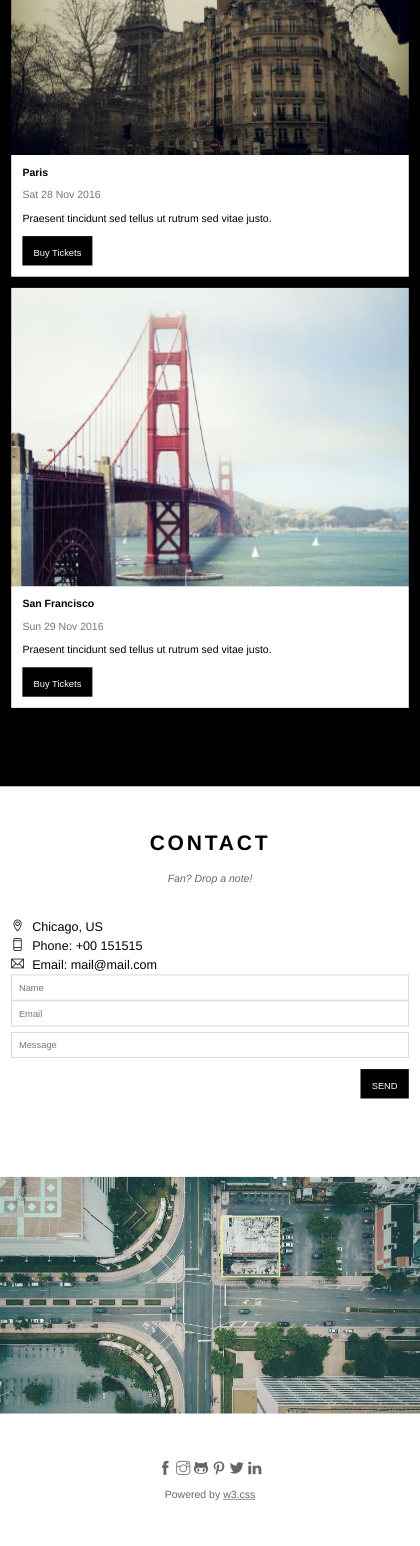
Repository: phongngotrong/w3school_reup
Page: index.html
These files come from the project's save history. The page is drawn as it stood at one moment and after the next save; the edit follows.
The browser window is 600 px wide. The pictures show the part of the page from y = 3215 to 5455 px (the page is 5423 px tall before and 5455 px after), at 70% of full size.

Above is the page before, as saved 2022-02-15 22:12:01.

### index.html
<!DOCTYPE html>
<html lang="en">
  <head>
    <meta charset="UTF-8" />
    <meta http-equiv="X-UA-Compatible" content="IE=edge" />
    <meta name="viewport" content="width=device-width, initial-scale=1.0" />
    <title>W3.CSS Template</title>
    <link rel="icon" href="https://play-lh.googleusercontent.com/i-ij7KM2pFUUpFE31QAUDXg5mzGFNbm16S4tjmg2ZyuhCGLgNJ8oXJRbq7ysh6LoZg" type="image/x-icon" />
    <link rel="stylesheet" href="./assets/css/style.css" />
    <link rel="stylesheet" href="./assets/css/responsive.css" />
    <link rel="stylesheet" href="./assets/fonts/themify-icons/themify-icons.css">
  </head>
  <body>
    <div id="main">
      <div id="header">
        <!--Begin: Nav-->
        <ul id="nav">
          <li><a href="#">Home</a></li>
          <li><a href="#band">Band</a></li>
          <li><a href="#tour">Tour</a></li>
          <li><a href="#contact">Contact</a></li>
          <li>
            <a href="#">
              More
              <i class="nav-arrow-down ti-angle-down"></i>
            </a>
            <ul class="subnav">
              <ul>
                <li><a href="#">Merchandise</a></li>
                <li><a href="#">Extras</a></li>
                <li><a href="#">Media</a></li>
              </ul>
            </ul>
          </li>
        </ul>
        <!--End: Nav-->

        <!--Begin: Search-->
        <div class="search-btn">
          <i class="search-icon ti-search"></i>
        </div>

        <div id="mobile-menu" class="mobile-menu-btn">
          <i class="menu-icon ti-menu"></i>
        </div>
        <!--End: Search-->
      </div>

      <div id="slider">
        <div class="text-content">
          <h2 class="text-heading">Chicago</h2>
          <div class="text-description">
            Thank you, Chicago - A night we won't forget.
          </div>
        </div>
      </div>

      <div id="content">
        <!--content section-->
        <div id="band" class="content-section">
          <h2 class="section-heading">THE BAND</h2>
          <p class="section-sub-heading">We love music</p>
          <p class="about-text">
            We have created a fictional band website. Lorem ipsum dolor sit
            amet, consectetur adipiscing elit, sed do eiusmod tempor incididunt
            ut labore et dolore magna aliqua. Ut enim ad minim veniam, quis
            nostrud exercitation ullamco laboris nisi ut aliquip ex ea commodo
            consequat. Duis aute irure dolor in reprehenderit in voluptate velit
            esse cillum dolore eu fugiat nulla pariatur. Excepteur sint occaecat
            cupidatat non proident, sunt in culpa qui officia deserunt mollit
            anim id est laborum consectetur adipiscing elit, sed do eiusmod
            tempor incididunt ut labore et dolore magna aliqua. Ut enim ad minim
            veniam, quis nostrud exercitation ullamco laboris nisi ut aliquip ex
            ea commodo consequat.
          </p>
          <div class="row list-member">
            <!--member1-->
            <div class="col col-third s-col-full mt-32 text-center">
              <p class="member-name">Name</p>
              <img
                src="./assets/img/member.jpg"
                alt="Name"
                class="avt-member"
              />
            </div>

            <!--member2-->
            <div class="col col-third s-col-full mt-32 text-center">
              <div class="member-name">Name</div>
              <img
                src="./assets/img/member.jpg"
                alt="Name"
                class="avt-member"
              />
            </div>
            <!--member3-->

            <div class="col col-third s-col-full mt-32 text-center">
              <div class="member-name">Name</div>
              <img
                src="./assets/img/member.jpg"
                alt="Name"
                class="avt-member"
              />
            </div>
            <!-- <div class="clear"></div> -->
          </div>
        </div>
        <!--tour section-->
        <div id="tour" class="tour-section">
          <div class="content-section">
            <h2 class="section-heading text-white">TOUR DATES</h2>
            <p class="section-sub-heading text-white">
              Remember to book your tickets!
            </p>
            <!-- tickets -->
            <ul class="tickets-list">
              <li>September <span class="sold-out">Sold out</span></li>
              <li>October <span class="sold-out">Sold out</span></li>
              <li>November <span class="quantity">3</span></li>
            </ul>
            <div class="row places-list">
              <!-- place1 -->
              <div class="col col-third s-col-full mt-16">
                <img
                  src="./assets/img/newyork.jpg"
                  alt="New York"
                  class="place-img"
                />
                <div class="places-body">
                  <h3 class="places-heading">New York</h3>
                  <p class="places-time">Fri 27 Nov 2016</p>
                  <p class="place-description">
                    Praesent tincidunt sed tellus ut rutrum sed vitae justo.
                  </p>
                  <button class="btn js-buy-ticket">Buy Tickets</button>
                </div>
              </div>
              <!-- place2 -->

              <div class="col col-third s-col-full mt-16">
                <img
                  src="./assets/img/paris.jpg"
                  alt="New York"
                  class="place-img"
                />
                <div class="places-body">
                  <h3 class="places-heading">Paris</h3>
                  <p class="places-time">Sat 28 Nov 2016</p>
                  <p class="place-description">
                    Praesent tincidunt sed tellus ut rutrum sed vitae justo.
                  </p>
                  <button class="btn js-buy-ticket">Buy Tickets</button>
                </div>
              </div>
              <!-- place3 -->

              <div class="col col-third s-col-full mt-16">
                <img
                  src="./assets/img/sanfran.jpg"
                  alt="New York"
                  class="place-img"
                />
                <div class="places-body">
                  <h3 class="places-heading">San Francisco</h3>
                  <p class="places-time">Sun 29 Nov 2016</p>
                  <p class="place-description">
                    Praesent tincidunt sed tellus ut rutrum sed vitae justo.
                  </p>
                  <button class="btn js-buy-ticket">Buy Tickets</button>
                </div>
              </div>
              <!-- <div class="clear"></div> -->
            </div>
          </div>
        </div>

        <!-- Begin: contact section-->
        <div id="contact" class="content-section">
          <h2 class="section-heading">CONTACT</h2>
          <p class="section-sub-heading">Fan? Drop a note!</p>

          <div class="row contact-content">
            <div class="col col-half s-col-full contact-info">
              <p><i class="ti-location-pin"></i>Chicago, US</p>
              <p><i class="ti-mobile"></i>Phone: +00 151515</p>
              <p><i class="ti-email"></i>Email: mail@mail.com</p>
            </div>
            <div class="col col-half s-col-full contact-form">
              <form action="">
                <div class="row">
                  <div class="col col-half s-col-full">
                      <input type="text" name="" required placeholder="Name" id="" class="form-control">
                  </div>
                  <div class="col col-half s-col-full">
                    <input type="email" name="" required placeholder="Email" id="" class="form-control">
                </div>
                </div>
                <div class="row mt-8">
                  <div class="col col-full">
                    <input type="text" name="" required placeholder="Message" id="" class="form-control">
                </div>
                </div>
                <input class="btn pull-right mt-16" type="submit" value="SEND">
              </form>
            </div>
          </div>
        </div>
        <!-- End: contact section-->
        <div class="map-section">
          <img src="./assets/img/map.jpg" alt="Map">
        </div>
      </div>

      <div id="footer">
        <div class="social-list">
          <a href=""><i class="ti-facebook"></i></a>
          <a href=""><i class="ti-instagram"></i></a>
          <a href=""><i class="ti-github"></i></a>
          <a href=""><i class="ti-pinterest"></i></a>
          <a href=""><i class="ti-twitter-alt"></i></a>
          <a href=""><i class="ti-linkedin"></i></a>
        </div>
        <div class="Copyright">Powered by <a href="">w3.css</a></div>
      </div>
    </div>

    <div class="modal js-modal">
      <div class="modal-container js-modal-container">
        <div class="modal-close js-modal-close">
          <i class="ti-close"></i>
        </div>
        <header class="modal-header">
          <i class="icon-ti-bag-header ti-bag"></i>
          Tickets
        </header>

        <div class="modal-body">
          <label for="tickets-quantity" class="modal-label">
            <i class="ti-shopping-cart"></i>
            Tickets, $15 per person
          </label>
          <input
            id="tickets-quantity"
            type="text"
            class="modal-input"
            placeholder="How many?"
          />

          <label for="tickets-email" class="modal-label">
            <i class="ti-user"></i>
            Send To
          </label>
          <input
            id="tickets-email"
            type="email"
            class="modal-input"
            placeholder="Enter email "
          />

          <button id="buy-tickets">
            PAY<i class="icon-ti-check-footer ti-check"></i>
          </button>
        </div>

        <footer class="modal-footer">
          <p class="modal-help">Need <a href="">help?</a></p>
        </footer>
      </div>
    </div>

    <script>
      const buyBtns = document.querySelectorAll('.js-buy-ticket')
      const modal = document.querySelector('.js-modal')
      const modalContainer = document.querySelector('.js-modal-container')
      const modalClose = document.querySelector('.js-modal-close')

      // hàm hiển thị modal mua vé(thêm class open vào modal)
      function showBuyTickets() {
        modal.classList.add('open')
      }

      // hàm ẩn modal mua vé(gỡ bỏ class open của modal)
      function hideBuyTickets() {
        modal.classList.remove('open')
      }

      // lặp qua từng thẻ button và nghe hành vi click
      for(const buyBtn of buyBtns) {
        buyBtn.addEventListener('click', showBuyTickets)
      }

      // nghe hành vi click vào button close
      modalClose.addEventListener('click', hideBuyTickets)

      modal.addEventListener('click', hideBuyTickets)

      modalContainer.addEventListener('click', function(event){
        event.stopPropagation()
      })

    </script>

    <script>
      var header = document.getElementById('header');
      var mobileMenu = document.getElementById('mobile-menu');
      var headerHeight = header.clientHeight;

      // Đóng/mở mobile menu
      mobileMenu.onclick = function() {
        var isClosed = header.clientHeight === headerHeight;
        if(isClosed) {
          header.style.height = 'auto';
        } else {
          header.style.height = null;
        }
      }

      // Tự động đóng khi chọn menu
      var menuItems = document.querySelectorAll('#nav li a[href*="#"]');
      for(var i=0; i<menuItems.length; i++) {
        var menuItem = menuItems[i];

        console.log(menuItem);

        menuItem.onclick = function(event) {
          var isParentMenu = this.nextElementSibling && this.nextElementSibling.classList.contains('subnav');
          if(isParentMenu) {
            event.preventDefault();
          }else {
            header.style.height = null;
          }
        }
      }

    </script>
  </body>
</html>

### assets/css/style.css
/* Reset CSS */

* {
  padding: 0;
  margin: 0;
  box-sizing: border-box;
}

html {
  font-family: Helvetica, Arial, sans-serif;
  scroll-behavior: smooth;
}
/*
  -Từ trên xuống dưới
  -Từ ngoài vào trong
  -Tổng quan đến chi tiết
  */

/*
  1. Vi tri
  2. Kich thuoc
  3. Mau sac
  4. Kieu dang (kieu chu, hinh tron, vuong...)
  */

/* Common */
.text-center {
  text-align: center !important;
}

.row {
  margin-left: -8px;
  margin-right: -8px;
}

/* Tạo element giả */
.row::after {
  content: "";
  display: block;
  clear: both;
}
/*.................*/

.col {
  float: left;
  padding-left: 8px;
  padding-right: 8px;
}

.col-full {
  width: 100%;
}

.col-half {
  width: 50%;
}

.col-third {
  width: 33.33333%;
}

.pull-right {
  float: right;
}

.btn {
  background-color: #000;
  color: #fff;
  text-decoration: none;
  display: inline-block;
  padding: 11px 16px;
  margin-top: 15px;
  padding-top: 16px;
  cursor: pointer;
  border: none;
}

.btn:hover {
  background-color: #ccc;
  color: #000;
}

.mt-8 {
  margin-top: 8px !important;
}

.mt-16 {
  margin-top: 16px !important;
}

.mt-32 {
  margin-top: 32px !important;
}

.clear {
  clear: both;
}

/* .row::after {
    clear: both;
    display: block;
    content: "";
  } */

.text-white {
  color: #fff !important;
}

/* Main */
#main {
}

#header {
  position: fixed;
  top: 0;
  left: 0;
  right: 0;
  height: 46px;
  background-color: #000;
  z-index: 1;
}

#nav {
  display: inline-block;
}

li {
  list-style-type: none;
}

#nav > li {
  display: inline-block;
}

#nav li {
  position: relative;
}

#nav > li > a {
  color: #fff;
  text-transform: uppercase;
}

#nav li a {
  text-decoration: none;
  line-height: 46px;
  padding: 0 24px;
  display: block;
}

#nav li:hover .subnav {
  display: block;
}

#nav > li:hover > a,
#nav .subnav li:hover a {
  color: #000;
  background-color: #ccc;
}

#nav .subnav {
  display: none;
  min-width: 160px;
  position: absolute;
  background-color: #fff;
  box-shadow: 0 0 10px rgba(0, 0, 0, 0.3);
}

#nav .subnav a {
  color: #000;
  padding: 0 12px;
  line-height: 38px;
}

#nav .nav-arrow-down {
  font-size: 12px;
}

#header .mobile-menu-btn {
  position: absolute;
  top: 0;
  right: 0;
  display: none;
}

#header .mobile-menu-btn,
#header .search-btn {
  float: right;
  padding: 0 20px;
}

#header .mobile-menu-btn .menu-icon {
  font-size: 16px;
}

#header .mobile-menu-btn:hover {
  background-color: #ccc;
}

#header .mobile-menu-btn:hover .menu-icon {
  color: #000;
}

#header .search-btn:hover {
  cursor: pointer;
  background-color: #f44336;
}

#header .menu-icon,
#header .search-icon {
  color: #fff;
  font-size: 20px;
  line-height: 46px;
}

#slider {
  position: relative;
  margin-top: 46px;
  padding-top: 50%;
  background: url("../img/slider.jpg") top center / cover no-repeat;
}

#slider .text-content {
  position: absolute;
  bottom: 47px;
  color: #fff;
  width: 100%;
  text-align: center;
}

#slider .text-heading {
  font-weight: 500;
  font-size: 24px;
}

#slider .text-description {
  font-size: 15px;
  margin-top: 25px;
}

#content {
}

#content .content-section {
  width: 800px;
  max-width: 100%;
  padding: 64px 0 112px;
  margin-right: auto;
  margin-left: auto;
  padding-left: 16px;
  padding-right: 16px;
}

#content .section-heading {
  text-align: center;
  font-size: 30px;
  letter-spacing: 4px;
}

#content .section-sub-heading {
  font-size: 15px;
  text-align: center;
  margin-top: 25px;
  font-style: italic;
  opacity: 0.6;
}

#content .about-text {
  font-size: 15px;
  margin-top: 15px;
  text-align: justify;
  line-height: 1.4;
}

#content .member-name {
  font-size: 16px;
}

#content .list-member {
  margin-top: 32px;
  /* margin-bottom: 48px;
    overflow: hidden;  */
}

/* #content .item-member {
    float: left;
    width: 33.33333%;
    text-align: center;
  } */

#content .avt-member {
  margin-top: 15px;
  width: 154px;
  border-radius: 4px;
}

/* tour section */
.tour-section {
  background-color: #000;
}
.tickets-list {
  background-color: #fff;
  margin-top: 40px;
  list-style: none;
}

.tickets-list li {
  color: #757575;
  font-size: 15px;
  padding: 11px 16px;
  border-bottom: 1px solid #ddd;
}

.tickets-list .sold-out {
  background-color: #f44336;
  color: #fff;
  padding: 3px 4px;
  margin-left: 16px;
}

.tickets-list .quantity {
  float: right;
  width: 24px;
  height: 24px;
  background-color: #000;
  color: #fff;
  border-radius: 50%;
  line-height: 24px;
  text-align: center;
  margin-top: -3px;
}

/* Places */
.places-list {
  margin-top: 16px;
}

/* .places-item {
    float: left;
    width: 33.33333%;
    padding: 0 8px;
  } */

.place-img {
  width: 100%;
  display: block;
}

.place-img:hover {
  opacity: 0.6;
}

.places-body {
  padding: 16px;
  font-size: 15px;
  background-color: #fff;
}

.places-heading {
  font-size: 15px;
}

.places-time {
  padding-top: 15px;
  color: #757575;
}

.place-description {
  padding-top: 15px;
  line-height: 1.4;
}

.modal {
  position: fixed;
  top: 0;
  bottom: 0;
  right: 0;
  left: 0;
  background-color: rgba(0, 0, 0, 0.4);
  display: none;
  align-items: center;
  justify-content: center;
}

.modal.open {
  display: flex;
}

.modal-container {
  background-color: #fff;
  width: 900px;
  min-height: 200px;
  position: relative;
  max-width: calc(100% -32px);
  animation: modalFadeIn ease 0.4s;
}

.modal-header {
  background-color: #009688;
  color: #fff;
  height: 130px;
  font-size: 30px;
  display: flex;
  align-items: center;
  justify-content: center;
  letter-spacing: 4px;
}

.modal-close:hover {
  background-color: #ccc;
  color: #000;
}

.modal-close {
  position: absolute;
  right: 0;
  top: 0;
  padding: 16px;
  font-size: 12px;
  color: #fff;
  cursor: pointer;
}

.icon-ti-bag-header {
  margin-right: 16px;
}

.modal-body {
  padding: 16px;
}

.modal-label {
  display: block;
  font-size: 15px;
  margin-bottom: 12px;
}

.modal-input {
  border: 1px solid #ccc;
  width: 100%;
  padding: 10px;
  font-size: 15px;
  margin-bottom: 24px;
}

#buy-tickets:hover {
  background-color: #ccc;
  color: #000;
}

#buy-tickets {
  background-color: #009688;
  width: 100%;
  padding: 18px;
  color: #fff;
  border: none;
  text-transform: uppercase;
  font-size: 15px;
  cursor: pointer;
}

.modal-footer {
  padding: 16px;
  text-align: right;
}

.modal-footer a {
  color: #2196f3;
}

/* Contact */
.contact-content {
  margin-top: 48px;
}

.contact-info {
  font-size: 18px;
  line-height: 1.5;
}

.contact-info i[class*="ti-"] {
  width: 30px;
  display: inline-block;
}

.contact-form {
  font-size: 15px;
}

.contact-form .form-control {
  padding: 10px;
  border: 1px solid #ccc;
  width: 100%;
}

/* .contact-form .form-submit-btn {
  background: #000;
  color: #fff;
  border: 1px solid #000;
  padding: 10px 16px;
  float: right;
} */

/* .form-submit-btn:hover {
  background: #ccc;
  color: #000;
  border: none;
  cursor: pointer;
} */

/* Map section */
.map-section img {
  width: 100%;
  filter: grayscale(50%);
}

/* footer section */

#footer {
  padding: 64px 16px;
  text-align: center;
}

#footer .social-list {
  font-size: 20px;
}

#footer .Copyright {
  font-size: 15px;
  margin-top: 15px;
  color: rgba(0, 0, 0, 0.6);
}

#footer .Copyright a {
  color: rgba(0, 0, 0, 0.6);
}

#footer .social-list a {
  color: rgba(0, 0, 0, 0.6);
  text-decoration: none;
}

#footer .social-list a:hover {
  color: rgba(0, 0, 0, 0.4);
}

/* Tạo hoạt ảnh  */
@keyframes modalFadeIn {
  from {
    opacity: 0;
    transform: translateY(-140px);
  }
  to {
    opacity: 1;
    transform: translateY(0);
  }
}

### assets/css/responsive.css
/* Tablet: width >= 740px and < 1024px */
@media only screen and (min-width: 46.25em) and (max-width: 63.9375em) {
}

/* PC: width >= 1024px */
@media only screen and (min-width: 64em) {
}

/* Mobile: width < 740px */
@media only screen and (max-width: 46.1875em) {
  #nav {
    display: block;
  }

  #nav > li {
    display: block;
  }

  #nav > li:first-child {
    display: inline-block;
  }

  #nav li a {
    padding: 1px 24px;
  }

  #nav .subnav {
    position: initial;
    background-color: #333;
  }

  #nav .subnav a {
    color: #fff;
    padding: 5px 41px;
  }

  #header {
    overflow: hidden;
  }

  #header .search-btn {
    display: none;
  }

  #header .mobile-menu-btn {
    display: block;
  }

  #content .avt-member {
    width: 60%;
  }

  .s-col-full {
    width: 100%;
  }
}

Loaded but not shown: assets/fonts/themify-icons/themify-icons.css (common file)

After the next save:
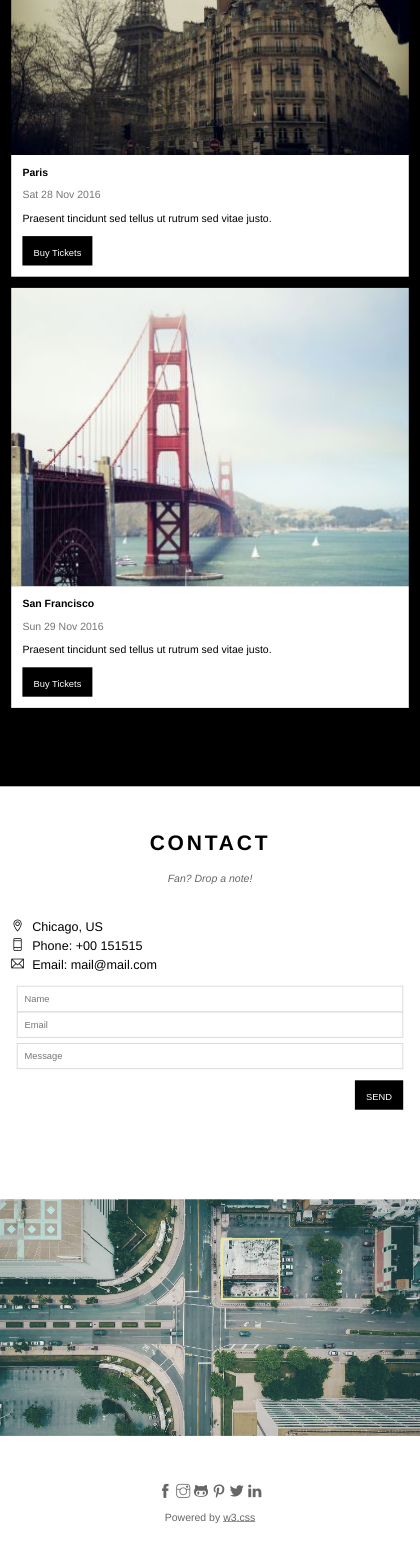
Saved 2 min 19 s later.
--- a/assets/css/responsive.css
+++ b/assets/css/responsive.css
@@ -53,4 +53,8 @@
   .s-col-full {
     width: 100%;
   }
+
+  .contact-form {
+    padding: 16px;
+  }
 }
